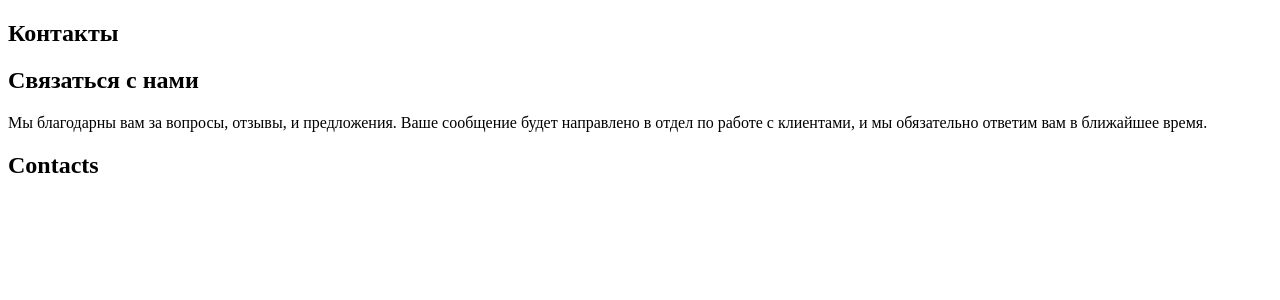
Repository: Azimich/Cleaning_
Page: src/pages/MainPage/contacts/contacts.html
These files come from the project's save history. The page is drawn as it stood at one moment and after a run of saves; the edit follows.
The browser window is 1280 px wide. The pictures show the whole page.

Above is the page before, as saved 2022-10-11 20:43:38.

After the next 2 saves:
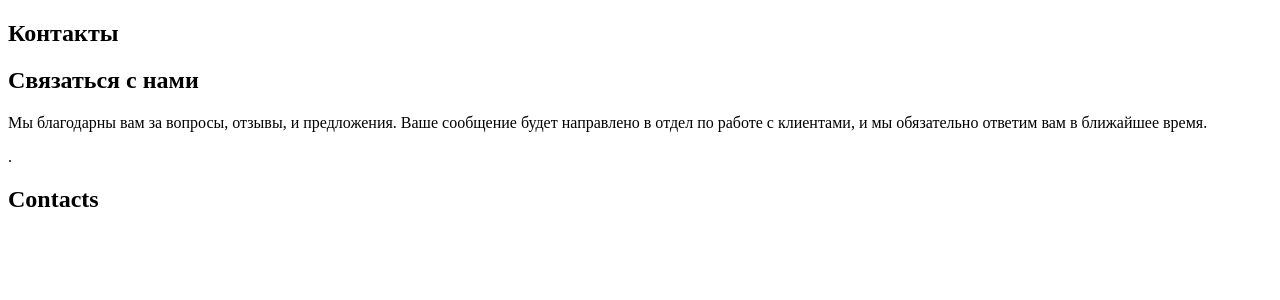
The 2 saves are shown as one change because they came seconds apart.
The last was saved 12 s later.
--- a/src/pages/MainPage/contacts/contacts.html
+++ b/src/pages/MainPage/contacts/contacts.html
@@ -13,6 +13,7 @@
           <p>
             Мы благодарны вам за вопросы, отзывы, и предложения. Ваше сообщение будет направлено в отдел по работе с клиентами, и мы обязательно ответим вам в ближайшее время.
           </p>
+          .
         </div>
         <div class="contacts__maps"></div>
       </div>
